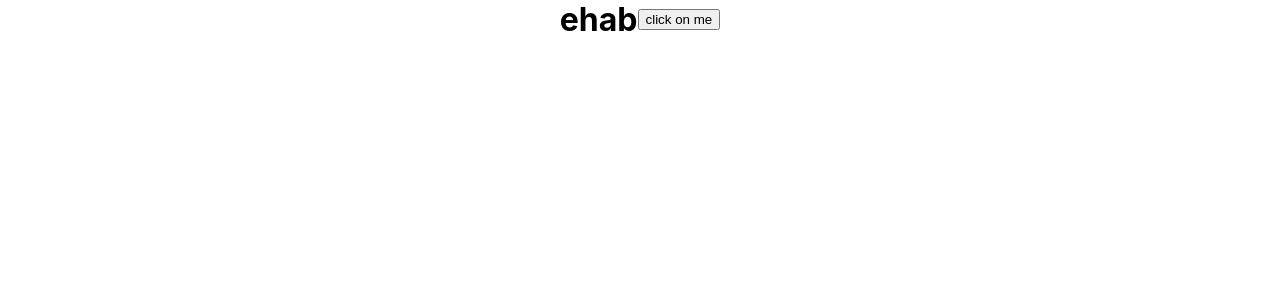
Repository: ehabmelhem/Demotweet-app
Page: /
The author's editor kept a copy of each file at every save. The page is drawn from the files as they stood at one save, then again after the next save.
The browser window is 1280 px wide. The pictures show the whole page.
The project was rebuilt for these pictures with package versions that can differ from the ones it lists, and the page was loaded fresh each time.

Above is the page before, as saved 2021-01-22 20:14:34.

### src/index.js
import React from "react";
import ReactDOM from "react-dom";
import "./index.css";
import Good from "./App";
import reportWebVitals from "./reportWebVitals";

ReactDOM.render(
  <React.StrictMode>
    <Good />
  </React.StrictMode>,
  document.getElementById("root")
);

// If you want to start measuring performance in your app, pass a function
// to log results (for example: reportWebVitals(console.log))
// or send to an analytics endpoint. Learn more: https://bit.ly/CRA-vitals
reportWebVitals();

### src/App.js
import { useState } from "react";
import "./App.css";

export default function Good() {
  const [h1_value, setHvalue] = useState("ehab");
  const handel_click = () => {
    if (h1_value === "ehab") setHvalue("melhem");
    else setHvalue("ehab");
  };
  return (
    <div className="app">
      <h1>{h1_value}</h1>
      <button onClick={handel_click}>click on me</button>
    </div>
  );
}

### src/App.css
.app {
  width: fit-content;
  margin: 0 auto;
  /* text-align: center; */
  display: flex;
  align-items: center;
}

Loaded but not shown: public/index.html (common file); src/index.css (common file); src/reportWebVitals.js (common file)

After the next save:
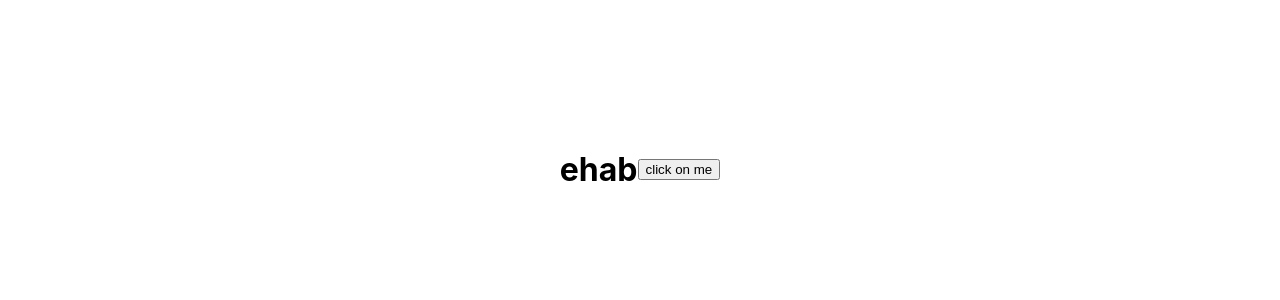
Saved 22 s later.
--- a/src/App.css
+++ b/src/App.css
@@ -3,5 +3,7 @@
   margin: 0 auto;
   /* text-align: center; */
   display: flex;
+  position: relative;
+  top: 150px;
   align-items: center;
 }
